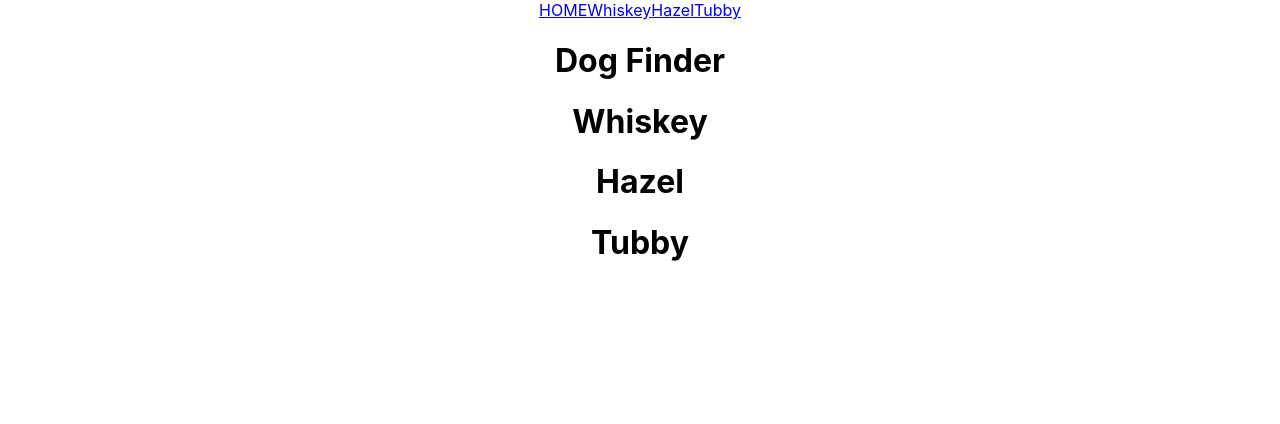
Repository: johnmutina/dog-finder
Page: /
An editor plug-in stored every save of this project. The page is shown before and after a run of saves, followed by the edit.
The browser window is 1280 px wide. The pictures show the whole page.
The project was rebuilt for these pictures with package versions that can differ from the ones it lists, and the page was loaded fresh each time.

Above is the page before, as saved 2019-07-28 11:46:12.

### src/App.js
import React, { Component } from "react";
import { Switch, Route, NavLink } from "react-router-dom";
import DogFinder from "./DogFinder";
import Dog from "./Dog";
import "./App.css";

class App extends Component {
  static defaultProps = {
    dogs: [
      {
        name: "Whiskey",
        age: 5,
        src: "./assets/whiskey.jpg",
        facts: [
          "Whiskey loves eating popcorn.",
          "Whiskey is a terrible guard dog.",
          "Whiskey wants to cuddle with you!"
        ]
      },
      {
        name: "Hazel",
        age: 3,
        src: "./assets/hazel.jpg",
        facts: [
          "Hazel has soooo much energy!",
          "Hazel is highly intelligent.",
          "Hazel loves people more than dogs."
        ]
      },
      {
        name: "Tubby",
        age: 4,
        src: "./assets/tubby.jpg",
        facts: [
          "Tubby is not the brightest dog",
          "Tubby does not like walks or exercise.",
          "Tubby loves eating food."
        ]
      }
    ]
  };

  render() {
    return (
      <div className="App">
        {/* NAVBAR */}
        <div className="App-navbar">
          <NavLink to="/dogs" activeClassName="App-active-navlink">
            HOME
          </NavLink>
          {this.props.dogs.map(dog => (
            <NavLink
              key={dog.name}
              to={`/dogs/${dog.name}`}
              activeClassName="App-active-navlink"
            >
              {dog.name}
            </NavLink>
          ))}
        </div>

        {/* ROUTES SETUP */}
        <h1>Dog Finder</h1>
        <Switch>
          <Route
            exact
            to="/dogs"
            render={routeProps => (
              <DogFinder dogs={this.props.dogs} {...routeProps} />
            )}
          />
          <Route
            exact
            to="/dogs/:name"
            render={routeProps => <Dog {...routeProps} />}
          />
          <Route component={DogFinder} />
        </Switch>
      </div>
    );
  }
}

export default App;

### src/DogFinder.js
import React, { Component } from "react";
import Dog from "./Dog";

class DogFinder extends Component {
  render() {
    return (
      <div>
        {this.props.dogs.map(dog => (
          <Dog key={dog.name} {...dog} />
        ))}
      </div>
    );
  }
}

export default DogFinder;

### src/Dog.js
import React, { Component } from "react";

class Dog extends Component {
  render() {
    return (
      <div>
        {console.log(this.props)}
        <h1>{this.props.name}</h1>
      </div>
    );
  }
}

export default Dog;

Loaded but not shown: public/index.html (common file); src/index.js (common file); src/index.css (common file); src/serviceWorker.js (common file); src/App.css (common file)

After the next 2 saves:
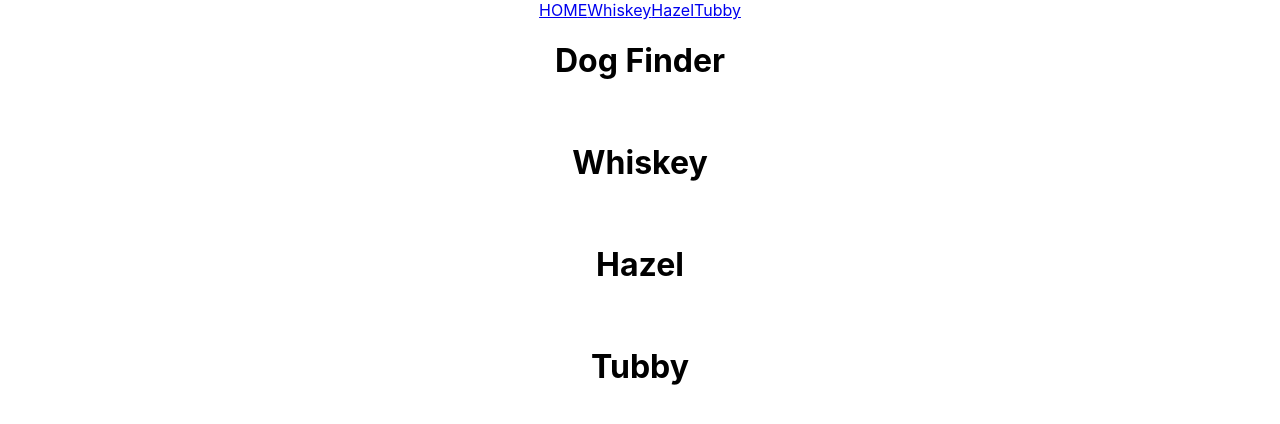
The 2 saves are shown as one change because they came seconds apart.
The last was saved 23 s later.
--- a/src/Dog.js
+++ b/src/Dog.js
@@ -5,6 +5,7 @@ class Dog extends Component {
     return (
       <div>
         {console.log(this.props)}
+        <img src={this.props.img} />
         <h1>{this.props.name}</h1>
       </div>
     );
